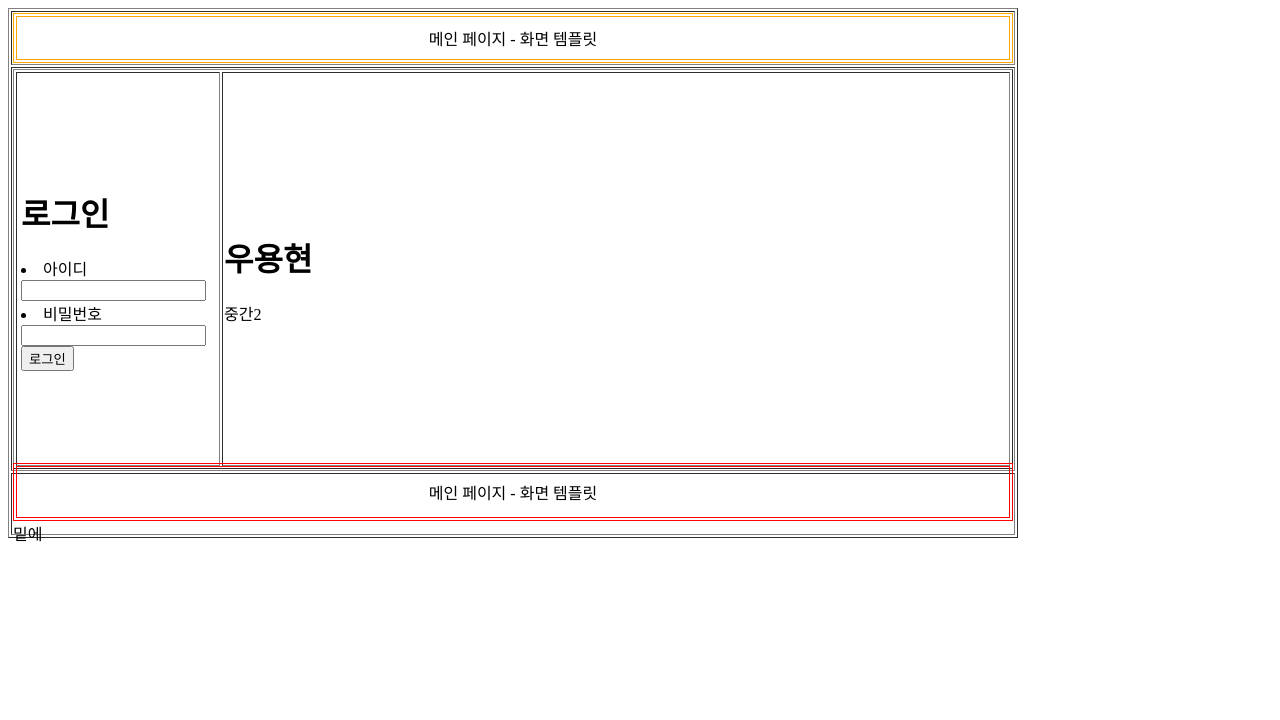
Repository: ikobean/ikoebean
Page: http://localhost/dev_jsp/ch07/index.jsp
An editor plug-in stored every save of this project. The page is shown before and after the next save, followed by the edit.
The browser window is 1280 px wide. The pictures show the whole page.
The page is served by Tomcat 9. Other server files are loaded and not shown.

Above is the page before, as saved 2019-07-17 02:34:28.

### workspace_jsp/dev_jsp/WebContent/ch07/index.jsp
<%@ page language="java" contentType="text/html; charset=UTF-8"
    pageEncoding="UTF-8"%>
<!DOCTYPE html>
<html>
<head>
<meta charset="UTF-8">
<title>Insert title here</title>
</head>
<body>
<table border=1 width="1000" height="500">
<!-- top 영억 -->
	<tr>
	<td height="50" >

	<jsp:include page="top.jsp" flush="false"/></td>
	</tr>
<!-- body 영억 -->
	<tr>
		<td>
			<table border=1 width="1000" height="400">
				<tr>
<!-- menu 영억 -->
					<td width="200" >
					<jsp:include page="menu.jsp" flush="false"/>

					</td>
<!-- main 영억 -->
					<td>
					<jsp:include page="main.jsp" flush="false"/>
						중간2
					</td>
				</tr>

			</table>
		</td>
	</tr>
<!-- bottom 영억 -->
	<tr>
		<td height="50">
		<jsp:include page="bottom.jsp" flush="false"/>
		밑에
		</td>
	</tr>
</table>
</body>
</html>

### workspace_jsp/dev_jsp/WebContent/ch07/top.jsp
<%@ page language="java" contentType="text/html; charset=UTF-8"
    pageEncoding="UTF-8"%>
<!DOCTYPE html>
<html>
<head>
<meta charset="UTF-8">
<title>index.jsp페이지에 삽입되므로 title은 보이지 않음.</title>
</head>
<body>

<!-- index.jsp top영역에서 width와 height을 상수로 처리했으므로 %로 처리하면 됨. -->
<table width="100%" height="100%" borderColor="orange" border="1">
	<tr>
		<td align="center">	메인 페이지 - 화면 템플릿 </td>
	</tr>
</table>
</body>
</html>

### workspace_jsp/dev_jsp/WebContent/ch07/menu.jsp
<%@ page language="java" contentType="text/html; charset=UTF-8"
    pageEncoding="UTF-8"%>
<!DOCTYPE html>
<html>
<head>
<meta charset="UTF-8">
<title>Insert title here</title>
</head>
<body>
<table>
	<tr>
		<td align="left" valign="top">
			<h1>로그인</h1>

			<li>아이디</li><input type="text">
			<li>비밀번호</li> <input type="text">
			<br>
			<input type='button' value="로그인" onclick=alert("암것도없지롱")>
		</td>
	</tr>

</table>
</body>
</html>

### workspace_jsp/dev_jsp/WebContent/ch07/main.jsp
<%@ page language="java" contentType="text/html; charset=UTF-8"
    pageEncoding="UTF-8"%>
<!DOCTYPE html>
<html>
<head>
<meta charset="UTF-8">
<title>Insert title here</title>
</head>
<body>
<h1>우용현</h1>

</body>
</html>

### workspace_jsp/dev_jsp/WebContent/ch07/bottom.jsp
<%@ page language="java" contentType="text/html; charset=UTF-8"
    pageEncoding="UTF-8"%>
<!DOCTYPE html>
<html>
<head>
<meta charset="UTF-8">
<title>Insert title here</title>
</head>
<body>

<table width="100%" height="100%" borderColor="red" border="1">
	<tr>
		<td align="center">	메인 페이지 - 화면 템플릿 </td>
	</tr>
</table>
</body>
</html>

After the next save:
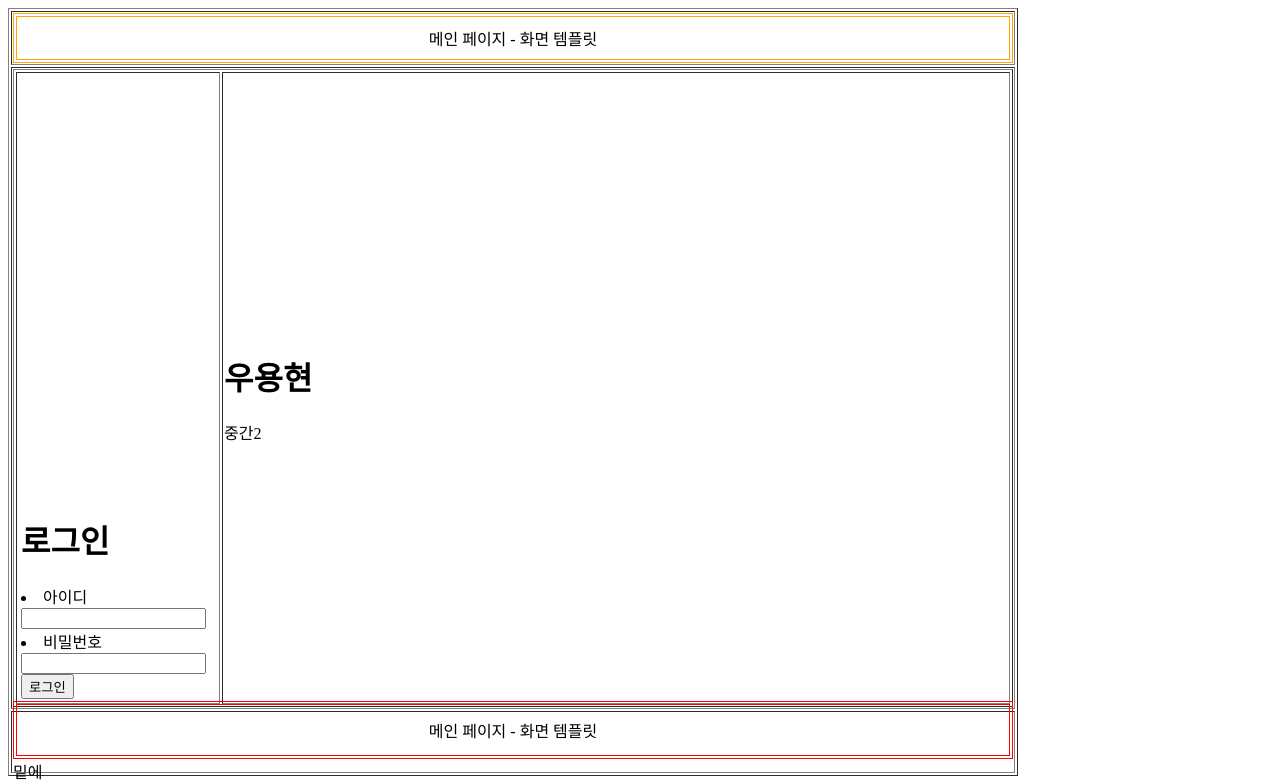
Saved 42 s later.
--- a/workspace_jsp/dev_jsp/WebContent/ch07/menu.jsp
+++ b/workspace_jsp/dev_jsp/WebContent/ch07/menu.jsp
@@ -10,6 +10,13 @@
 <table>
 	<tr>
 		<td align="left" valign="top">
+		<table>
+			<tr><td height="20px"></td></tr>
+			<tr><td height="20px"></td></tr>
+			<tr><td height="20px"></td></tr>
+			<tr><td height="340px"></td></tr>
+
+		</table>
 			<h1>로그인</h1>
 
 			<li>아이디</li><input type="text">
